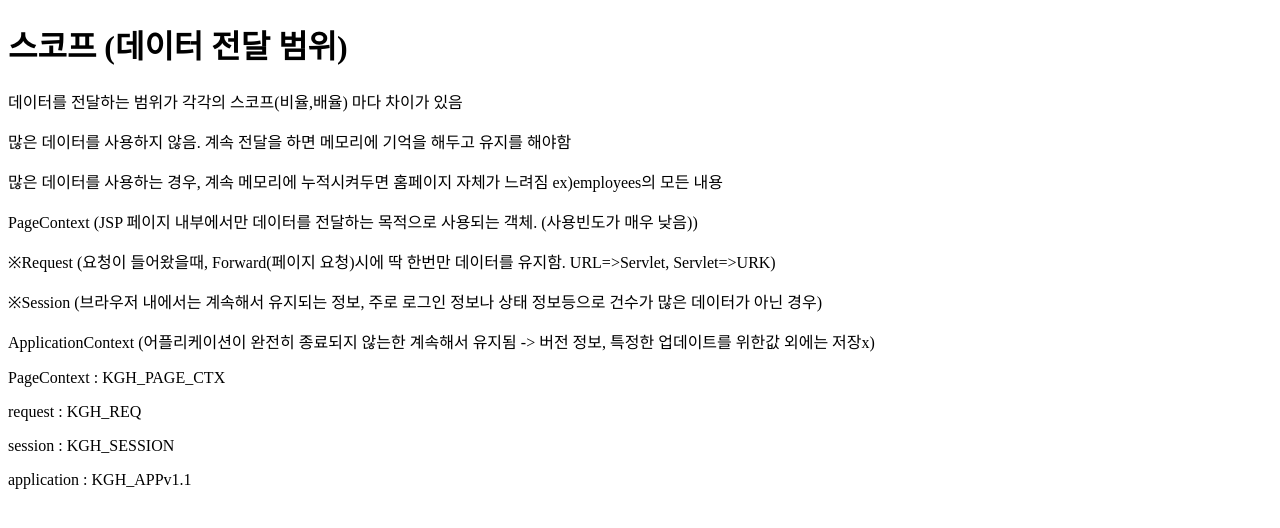
Repository: SanctusAlbino/Jsp_Servlet
Page: http://localhost/04.Implicit/Ex01_Request/Ex04_Scope.jsp
These files come from the project's save history. The page is drawn as it stood at one moment and after the next save; the edit follows.
The browser window is 1280 px wide. The pictures show the whole page.
The page is served by Tomcat 9.

Above is the page before, as saved 2023-05-22 09:22:33.

After the next save:
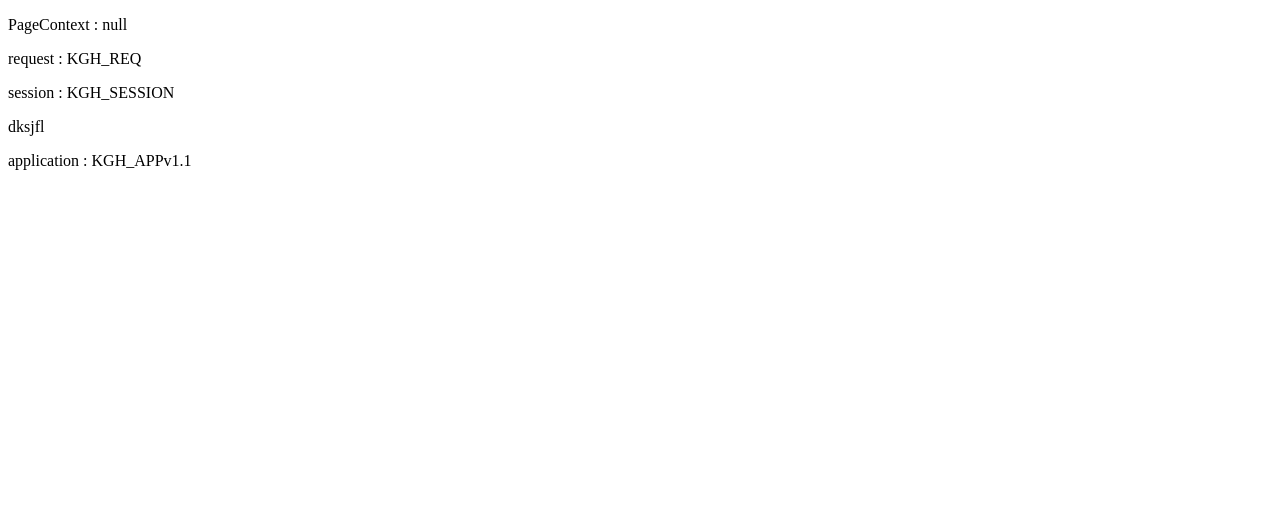
Saved 10 s later.
--- a/04.Implicit/src/main/webapp/Ex01_Request/Ex04_Scope.jsp
+++ b/04.Implicit/src/main/webapp/Ex01_Request/Ex04_Scope.jsp
@@ -27,7 +27,7 @@
 	<p>request : <%=request.getAttribute("req") %>
 	<p>session : <%=session.getAttribute("session") %>
 	<p>application : <%=application.getAttribute("app") %>
-	 <%-- <jsp:forward page="Ex04_ScopeResult.jsp"/> --%>
+	 <jsp:forward page="Ex04_ScopeResult.jsp"/>
 
 	<!-- <a href="Ex04_ScopeResult.jsp">다음 페이지로 이동 ScopeResult</a>-->
 

After the save that followed:
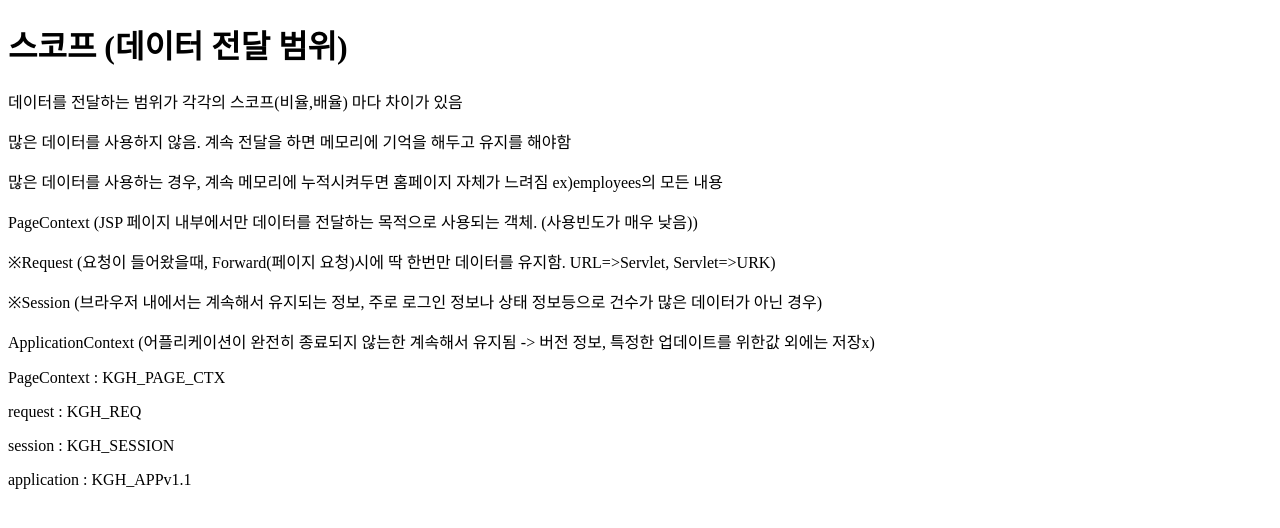
Saved 11 s later.
--- a/04.Implicit/src/main/webapp/Ex01_Request/Ex04_Scope.jsp
+++ b/04.Implicit/src/main/webapp/Ex01_Request/Ex04_Scope.jsp
@@ -27,7 +27,7 @@
 	<p>request : <%=request.getAttribute("req") %>
 	<p>session : <%=session.getAttribute("session") %>
 	<p>application : <%=application.getAttribute("app") %>
-	 <jsp:forward page="Ex04_ScopeResult.jsp"/>
+	 <%-- <jsp:forward page="Ex04_ScopeResult.jsp"/>  --%>
 
 	<!-- <a href="Ex04_ScopeResult.jsp">다음 페이지로 이동 ScopeResult</a>-->
 
